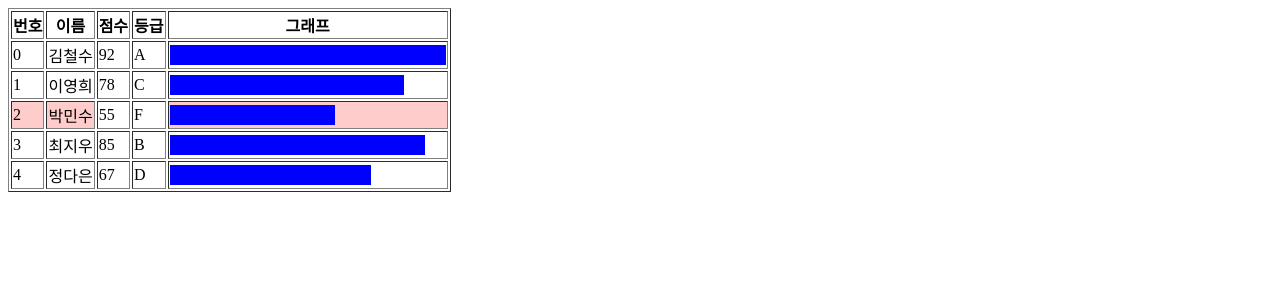
Repository: tldnwkd/jspclass2026
Page: http://localhost/chapter01/example_score.jsp
These files come from the project's save history. The page is drawn as it stood at one moment and after the next save; the edit follows.
The browser window is 1280 px wide. The pictures show the whole page.
The page is served by Tomcat 9.

Above is the page before, as saved 2026-10-16 05:33:10.

### chapter01/src/main/webapp/example_score.jsp
<%@ page language="java" contentType="text/html; charset=UTF-8"
    pageEncoding="UTF-8" import="java.util.*"%>
<!DOCTYPE html>
<html>
<head>
<meta charset="UTF-8">
<title>Insert title here</title>
</head>
<body>
	<%!
		String[] names = {"김철수", "이영희", "박민수", "최지우", "정다은"};
		int[] scores = {92, 78, 55, 85, 67};

		 public char getGrade(int score){
			 char result;
			 if(score>=90){
				 result = 'A';
			 }else if(score>=80){
				 result = 'B';
			 }else if(score>=70){
				 result = 'C';
			 }else if(score>=60){
				 result = 'D';
			 }else{
				 result = 'F';
			 }
			 return result;
		 };
	%>
	<table border="1">
	<tr>
	<th>번호</th><th>이름</th><th>점수</th><th>등급</th><th>그래프</th>
	</tr>
	<tr >
	<% for(int i=0; i<names.length; i++) {%>
		<%if(scores[i]<=60){%>
			<td style="background:#ffcccc"><%=i%></td>
			<td style="background:#ffcccc"><%= names[i] %></td><td><%=scores[i]%></td>
			<td "><%= getGrade(scores[i]) %></td>
			<td style="background:#ffcccc"><div style="width:<%=scores[i]*3%>px; background-color:blue; height:20px;"></div></td>
			</tr>
		<%}else{%>
		<td><%=i%></td>
		<td><%= names[i] %></td><td><%=scores[i]%></td>
		<td><%= getGrade(scores[i]) %></td>
		<td><div style="width:<%=scores[i]*3%>px; background-color:blue; height:20px;"></div></td>
		</tr>
		<%}%>
	<%} %>
	</table>
</body>
</html>

After the next save:
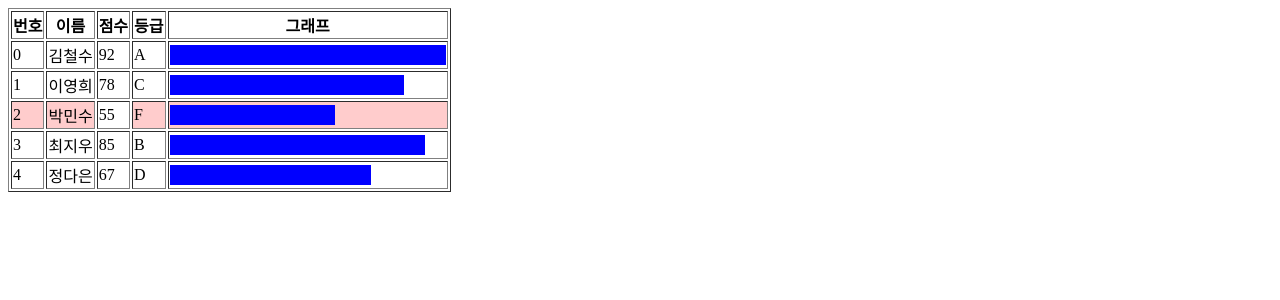
Saved 17 s later.
--- a/chapter01/src/main/webapp/example_score.jsp
+++ b/chapter01/src/main/webapp/example_score.jsp
@@ -36,7 +36,7 @@
 		<%if(scores[i]<=60){%>
 			<td style="background:#ffcccc"><%=i%></td>
 			<td style="background:#ffcccc"><%= names[i] %></td><td><%=scores[i]%></td>
-			<td "><%= getGrade(scores[i]) %></td>
+			<td style="background:#ffcccc"><%= getGrade(scores[i]) %></td>
 			<td style="background:#ffcccc"><div style="width:<%=scores[i]*3%>px; background-color:blue; height:20px;"></div></td>
 			</tr>
 		<%}else{%>
